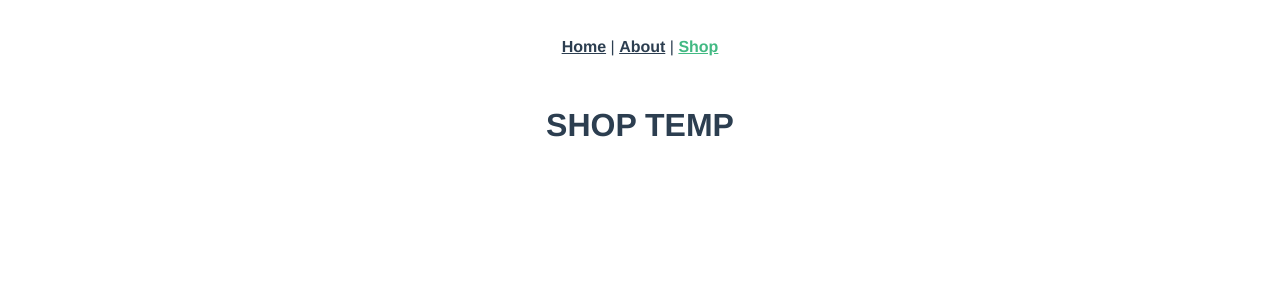
Repository: ramcd86/vuetest
Page: /#/shop
The author's editor kept a copy of each file at every save. The page is drawn from the files as they stood at one save, then again after the next save.
The browser window is 1280 px wide. The pictures show the whole page.
The project was rebuilt for these pictures with package versions that can differ from the ones it lists, and the page was loaded fresh each time. Requests to the local data server were answered from the project's data file. Also part of the build but not shown: src/components/HelloWorld.vue, src/views/Home.vue.

Above is the page before, as saved 2019-07-08 09:56:57.

### public/index.html
<!DOCTYPE html>
<html lang="en">
  <head>
    <meta charset="utf-8">
    <meta http-equiv="X-UA-Compatible" content="IE=edge">
    <meta name="viewport" content="width=device-width,initial-scale=1.0">
    <link rel="icon" href="<%= BASE_URL %>favicon.ico">
    <title>storeapp</title>
  </head>
  <body>
    <noscript>
      <strong>We're sorry but storeapp doesn't work properly without JavaScript enabled. Please enable it to continue.</strong>
    </noscript>
    <div id="app"></div>
    <!-- built files will be auto injected -->
  </body>
</html>

### src/App.vue
<template>
  <div id="app">
    <div id="nav">
      <router-link to="/">Home</router-link> |
      <router-link to="/about">About</router-link> |
      <router-link :to="{ name: 'shop', params: { queryData } }">Shop</router-link>
    </div>
    <router-view />
  </div>
</template>


<script>
import { get, post } from "@/helpers/Utilities.js";

export default {


  data() {
    return {
      get: get,
      post: post,

      queryData: ''
    };
  },

  created() {
    this.get("http://localhost:3000/employees").then(resp => {
      this.queryData = JSON.parse(resp);
    });
  },

  methods: {},

  mounted() {
    console.log(this.queryData);
  }
};
</script>


<style lang="scss">
#app {
  font-family: "Avenir", Helvetica, Arial, sans-serif;
  -webkit-font-smoothing: antialiased;
  -moz-osx-font-smoothing: grayscale;
  text-align: center;
  color: #2c3e50;
}
#nav {
  padding: 30px;
  a {
    font-weight: bold;
    color: #2c3e50;
    &.router-link-exact-active {
      color: #42b983;
    }
  }
}
</style>

### src/router.js
import Vue from 'vue'
import Router from 'vue-router'
import Home from './views/Home.vue'
import Shop from './views/Shop.vue'

Vue.use(Router)

export default new Router({
  routes: [
    {
      path: '/',
      name: 'home',
      component: Home
    },
    {
      path: '/shop',
      name: 'shop',
      component: Shop,
      props: true
    },
    {
      path: '/about',
      name: 'about',
      // route level code-splitting
      // this generates a separate chunk (about.[hash].js) for this route
      // which is lazy-loaded when the route is visited.
      component: () => import(/* webpackChunkName: "about" */ './views/About.vue')
    }
  ]
})

### src/helpers/Utilities.js
export const logger = (arg) => {
    console.log(arg);
}


export const post = (value) => {
    return new Promise((resolve, reject) => {
        const request = new XMLHttpRequest();
        request.timeout = 2000;
        request.open('POST', value.url, true);
        request.setRequestHeader('Content-Type', 'application/x-www-form-urlencoded; charset=UTF-8');
        request.send(value.data);
        request.onreadystatechange = (e) => {
            if (request.readyState === 4) {
                if (request.status === 200) {
                    resolve(request.response);
                } else {
                    reject(request.status);
                }
            }
        };
        request.timeout = () => {
            reject("The operation timed out.");
        };
    });

}

export const get = (url) => {
    return new Promise((resolve, reject) => {
        const request = new XMLHttpRequest();
        request.timeout = 2000;
        request.onreadystatechange = function (e) {
            if (request.readyState === 4) {
                if (request.status === 200) {
                    resolve(request.response);
                } else {
                    reject(request.status);
                }
            }
        };
        request.ontimeout = function () {
            reject("The operation timed out.");
        };
        request.open('get', url, true);
        request.send();
    });
}

### src/views/Shop.vue

// Template
<template>
    <div>
    <h1>SHOP TEMP</h1>
            <div v-for="item in dataSet" v-bind:key="item.id">
                {{item.id}} | {{item.first_name}} {{item.last_name}} | {{item.email}}
            </div>
    </div>
</template>

// Script
<script>
export default {
    name: 'shop',

    props: ['queryData'],

    data() {
        return {
            dataSet: []
            }
    },

    created() {
        this.dataSet = this.queryData;
    },

    mounted() {
        console.log(this.dataSet);
    }
}
</script>

// Style
<style lang="scss" scoped>


</style>

### src/mock/db.json
{
  "employees": [
    {
      "id": 1,
      "first_name": "Sebastian",
      "last_name": "Eschweiler",
      "email": "sebastian@codingthesmartway.com"
    },
    {
      "id": 2,
      "first_name": "Steve",
      "last_name": "Palmer",
      "email": "steve@codingthesmartway.com"
    },
    {
      "id": 3,
      "first_name": "Ann",
      "last_name": "Smith",
      "email": "ann@codingthesmartway.com"
    }
  ]
}

Loaded but not shown: src/main.js (common file)

After the next save:
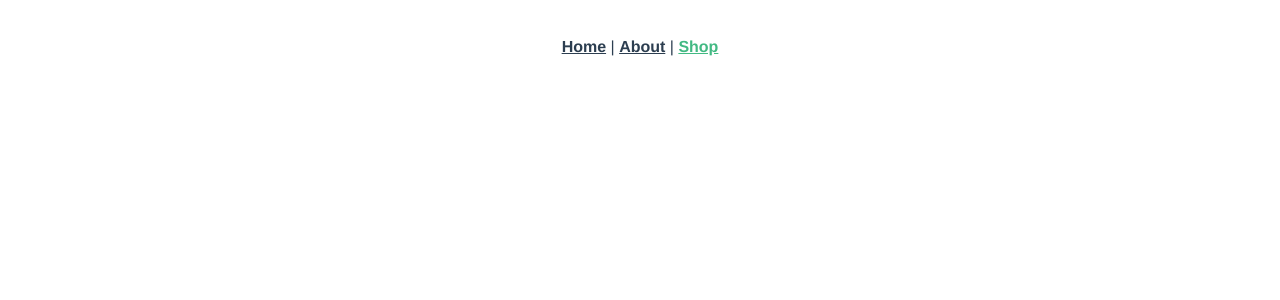
Saved 14 min 19 s later.
--- a/src/views/Shop.vue
+++ b/src/views/Shop.vue
@@ -3,7 +3,7 @@
 <template>
     <div>
     <h1>SHOP TEMP</h1>
-            <div v-for="item in dataSet" v-bind:key="item.id">
+            <div :for="item in dataSet" :key="item.id">
                 {{item.id}} | {{item.first_name}} {{item.last_name}} | {{item.email}}
             </div>
     </div>

After the save that followed:
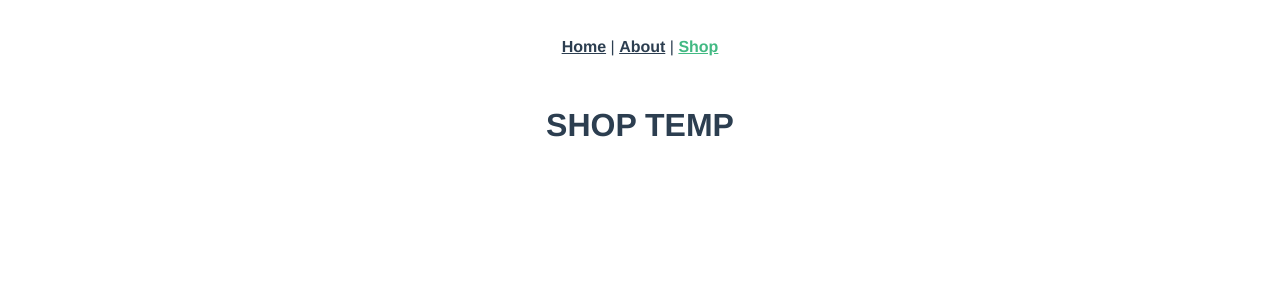
Saved 20 s later.
--- a/src/views/Shop.vue
+++ b/src/views/Shop.vue
@@ -3,7 +3,7 @@
 <template>
     <div>
     <h1>SHOP TEMP</h1>
-            <div :for="item in dataSet" :key="item.id">
+            <div v-for="item in dataSet" v-bind:key="item.id">
                 {{item.id}} | {{item.first_name}} {{item.last_name}} | {{item.email}}
             </div>
     </div>
